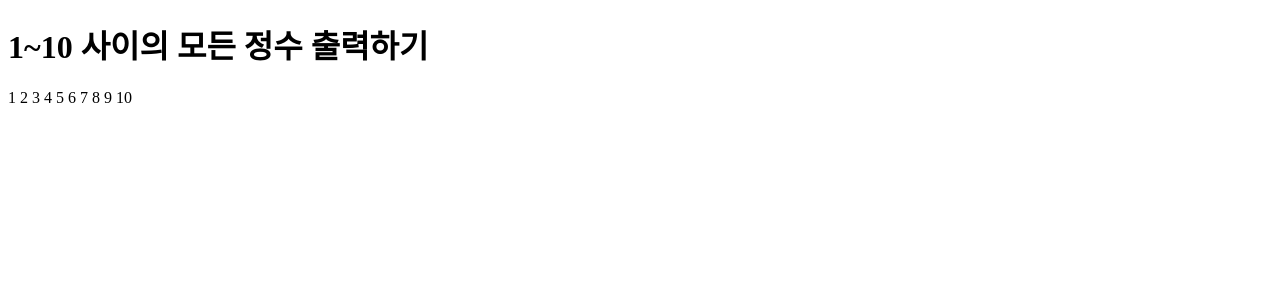
Repository: asnqty/workspace_jsp
Page: http://localhost/chapter02_jsp/Ex07_out.jsp
An editor plug-in stored every save of this project. The page is shown before and after a run of saves, followed by the edit.
The browser window is 1280 px wide. The pictures show the whole page.
The page is served by Tomcat 9.

Above is the page before, as saved 2025-11-25 06:37:21.

### chapter02_jsp/WebContent/Ex07_out.jsp
<%@ page language="java" contentType="text/html; charset=UTF-8"
    pageEncoding="UTF-8"%>
<!DOCTYPE html>
<html>
<head>
<meta charset="UTF-8">
<title>Insert title here</title>
</head>
<body>
	<h1>1~10 사이의 모든 정수 출력하기</h1>
	<%
		for(int i=1; i<11; i++){ %>
			<%=i %>
		<% }
	%>
</body>
</html>

After the next 2 saves:
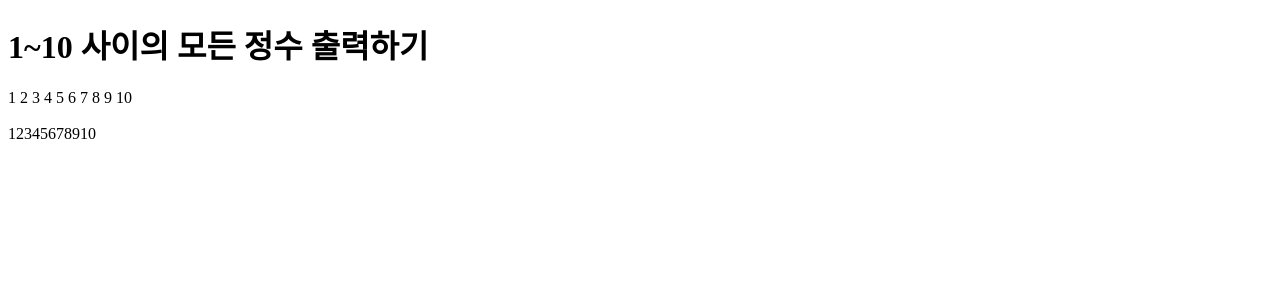
The 2 saves are shown as one change because they came seconds apart.
The last was saved 2 min 15 s later.
--- a/chapter02_jsp/WebContent/Ex07_out.jsp
+++ b/chapter02_jsp/WebContent/Ex07_out.jsp
@@ -13,5 +13,14 @@
 			<%=i %>
 		<% }
 	%>
+
+	<br>
+	<br>
+
+	<%
+		for(int i=1; i<11; i++){
+			out.print(i);
+		}
+	%>
 </body>
 </html>
